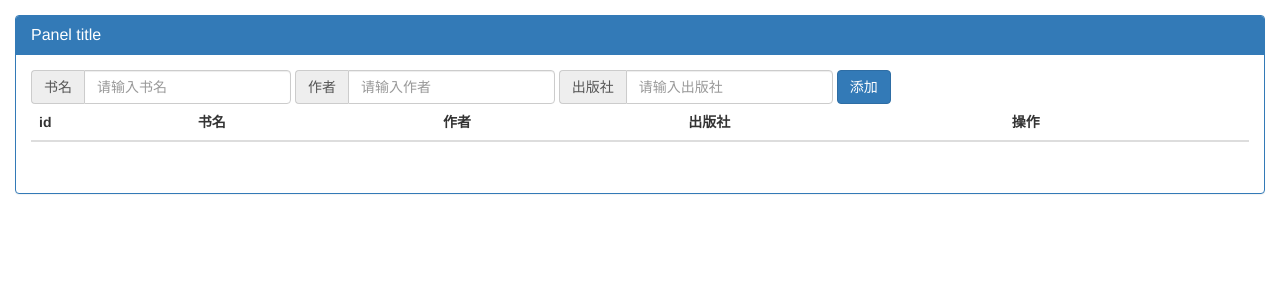
Repository: Bluesouls/eliauk.github.io
Page: Ajax学习笔记/day01/code/图书管理.html
The author's editor kept a copy of each file at every save. The page is drawn from the files as they stood at one save, then again after the next save.
The browser window is 1280 px wide. The pictures show the whole page.

Above is the page before, as saved 2022-04-24 17:02:35.
Console error (its wording comes from the project's code and is left out).

After the next save:
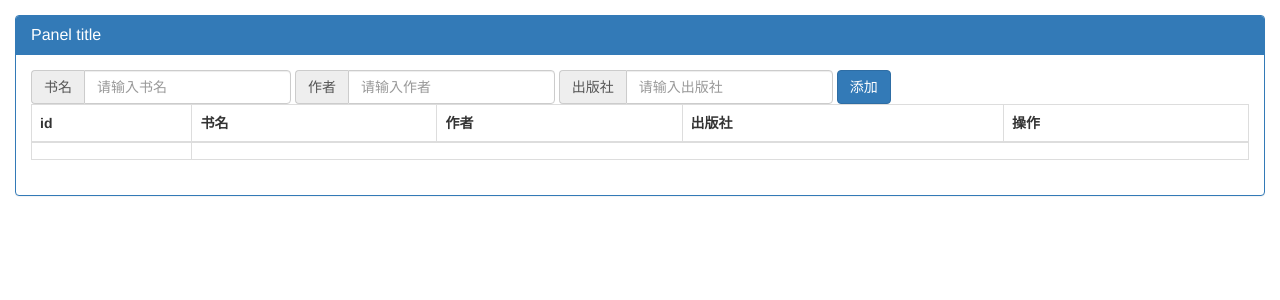
Saved 31 s later.
--- a/Ajax学习笔记/day01/code/图书管理.html
+++ b/Ajax学习笔记/day01/code/图书管理.html
@@ -33,22 +33,24 @@
 
 
 
-        <table class="table table-hover">
-          <thead>
-            <tr>
-              <th>id</th>
-              <th>书名</th>
-              <th>作者</th>
-              <th>出版社</th>
-              <th>操作</th>
-            </tr>
-          </thead>
-          <tbody>
-            <tr>
-              <td></td>
-            </tr>
-          </tbody>
-        </table>
+
+          <table class="table table-bordered table-hover">
+            <thead>
+              <tr>
+                <th>id</th>
+                <th>书名</th>
+                <th>作者</th>
+                <th>出版社</th>
+                <th>操作</th>
+              </tr>
+            </thead>
+            <tbody>
+              <tr>
+                <td></td>
+              </tr>
+            </tbody>
+          </table>
+
 
 
       </div>
